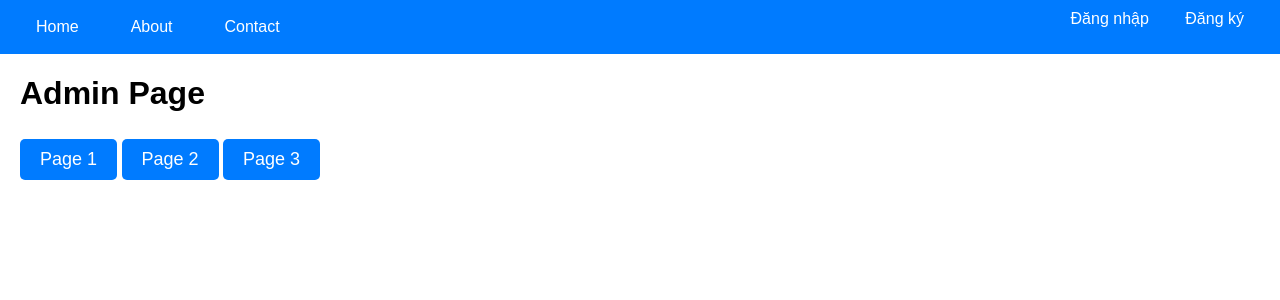
Repository: Loc2804/LTM
Page: http://localhost/RestaurantProject/WelcomeAdmin.jsp
An editor plug-in stored every save of this project. The page is shown before and after the next save, followed by the edit.
The browser window is 1280 px wide. The pictures show the whole page.
The page is served by Tomcat 10. Other server files are loaded and not shown.

Above is the page before, as saved 2024-12-07 17:18:11.

### RestaurantProject/src/main/webapp/WelcomeAdmin.jsp
<%@ page language="java" contentType="text/html; charset=UTF-8"
    pageEncoding="UTF-8"%>
<!DOCTYPE html>
<html>
<head>
<meta charset="UTF-8">
<title>Admin Page</title>
<style>
    body {
        font-family: Arial, sans-serif;
        margin: 0;
        padding: 0;
    }
    .navbar {
        background-color: #007BFF; /* Màu xanh chủ đạo */
        overflow: hidden;
        display: flex;
        justify-content: space-between;
        padding: 10px 20px;
    }
    .navbar a {
        color: white;
        text-decoration: none;
        padding: 8px 16px;
        font-size: 16px;
    }
    .navbar a:hover {
        background-color: #0056b3; /* Màu xanh đậm hơn khi hover */
        border-radius: 4px;
    }
    .links {
        display: flex;
        gap: 20px;
    }
    .content {
        margin: 20px;
    }
    .content a {
        display: inline-block;
        background-color: #007BFF; /* Màu nền xanh chủ đạo */
        color: white;
        text-decoration: none;
        padding: 10px 20px;
        border-radius: 5px;
        margin: 5px 0;
        font-size: 18px;
    }
    .content a:hover {
        background-color: #0056b3; /* Màu nền xanh đậm hơn khi hover */
    }
</style>
</head>
<body>
    <div class="navbar">
        <div class="links">
            <a href="#">Home</a>
            <a href="#">About</a>
            <a href="#">Contact</a>
        </div>
        <div>
            <a href="#">Đăng nhập</a>
            <a href="#">Đăng ký</a>
        </div>
    </div>

    <div class="content">
        <h1>Admin Page</h1>
        <a href="page1.jsp">Page 1</a>
        <a href="page2.jsp">Page 2</a>
        <a href="page3.jsp">Page 3</a>
    </div>
</body>
</html>

After the next save:
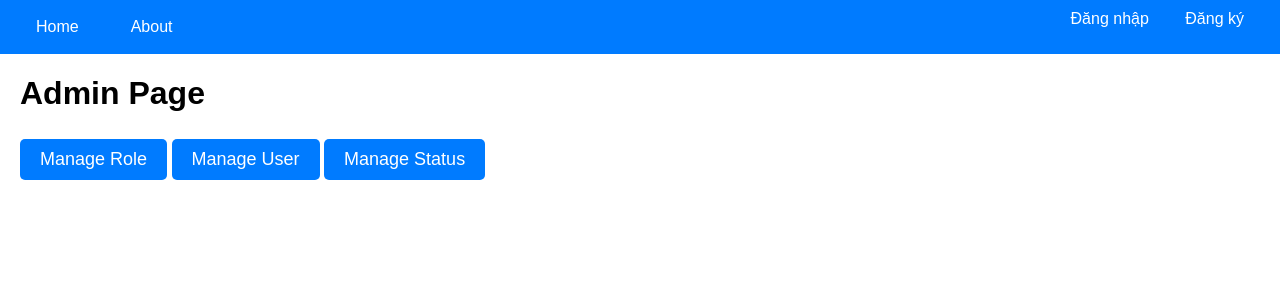
Saved 2 min 8 s later.
--- a/RestaurantProject/src/main/webapp/WelcomeAdmin.jsp
+++ b/RestaurantProject/src/main/webapp/WelcomeAdmin.jsp
@@ -53,9 +53,8 @@
 <body>
     <div class="navbar">
         <div class="links">
-            <a href="#">Home</a>
-            <a href="#">About</a>
-            <a href="#">Contact</a>
+            <a href="WelcomeUser.jsp">Home</a>
+            <a href="WelcomeAdmin.jsp">About</a>
         </div>
         <div>
             <a href="#">Đăng nhập</a>
@@ -65,9 +64,9 @@
 
     <div class="content">
         <h1>Admin Page</h1>
-        <a href="page1.jsp">Page 1</a>
-        <a href="page2.jsp">Page 2</a>
-        <a href="page3.jsp">Page 3</a>
+        <a href="ManageRole.jsp">Manage Role</a>
+        <a href="ManageUser.jsp">Manage User</a>
+        <a href="ManageStatus.jsp">Manage Status</a>
     </div>
 </body>
 </html>
